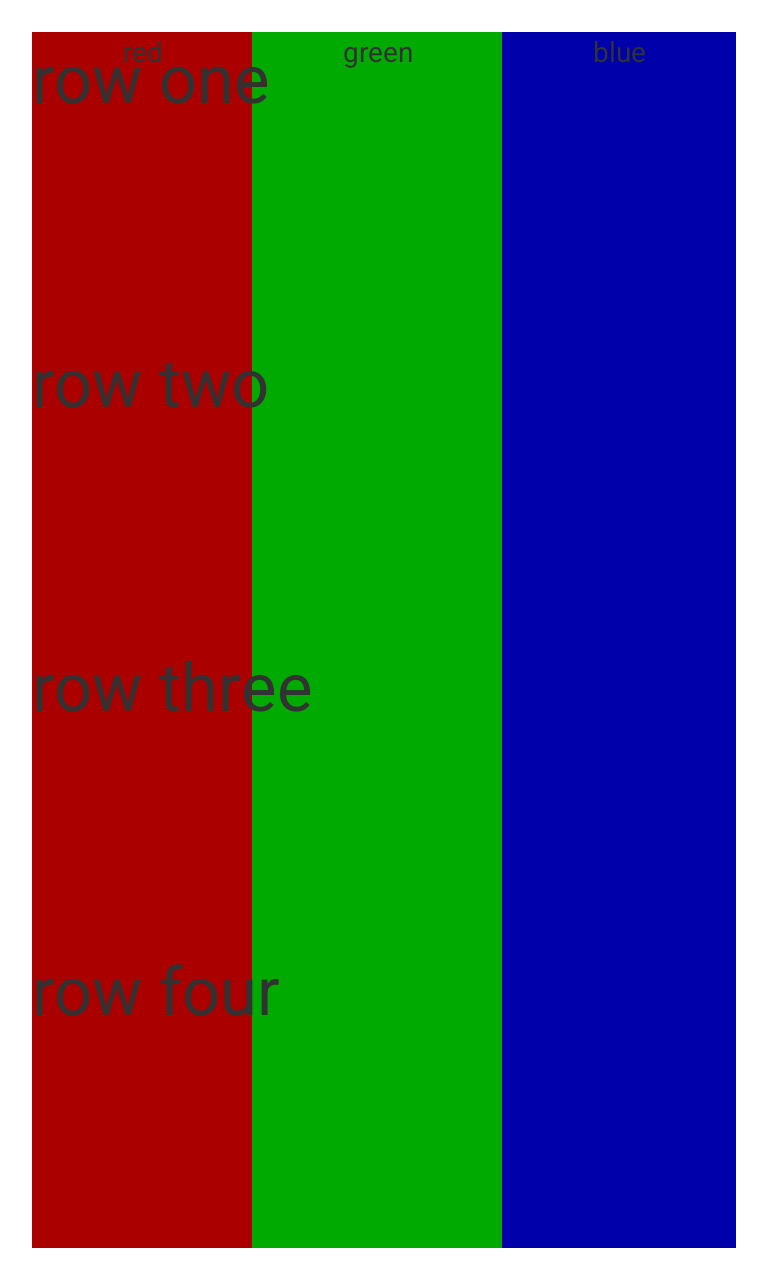
Repository: PatKelsh/IS-413
Layout: LinearLayout/res/layout/activity_main.xml
The author's editor kept a copy of each file at every save. The layout is drawn from the files as they stood at one save, then again after the next save.
It is drawn on a 768 x 1280 px phone screen (xhdpi) without system bars, with theme AppTheme; the app's code is not run.

Above is the layout before, as saved 2015-02-04 06:04:25.

After the next save:
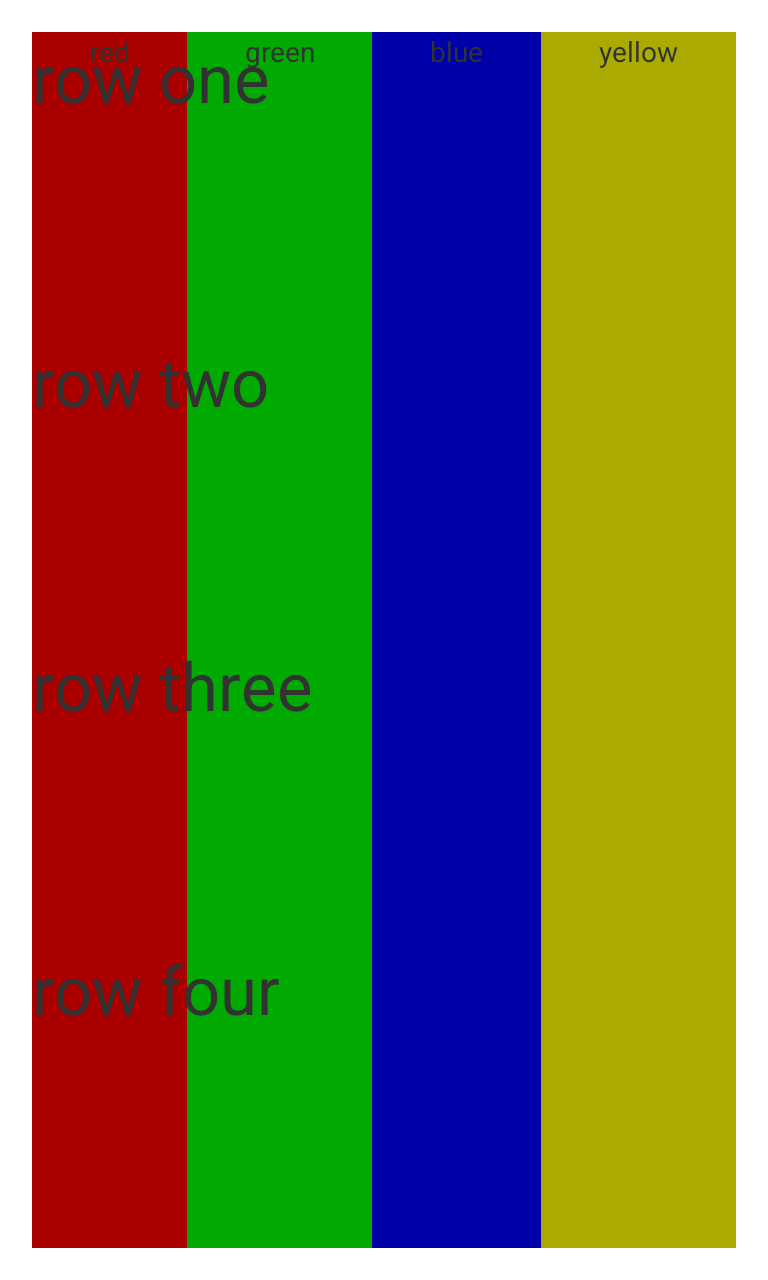
Saved 33 s later.
--- a/LinearLayout/res/layout/activity_main.xml
+++ b/LinearLayout/res/layout/activity_main.xml
@@ -34,6 +34,13 @@
             android:text="blue"
             android:gravity="center_horizontal"
             android:background="#0000aa"
+            android:layout_width="wrap_content"
+            android:layout_height="fill_parent"
+            android:layout_weight="1"/>
+         <TextView
+            android:text="yellow"
+            android:gravity="center_horizontal"
+            android:background="#aaaa00"
             android:layout_width="wrap_content"
             android:layout_height="fill_parent"
             android:layout_weight="1"/>
